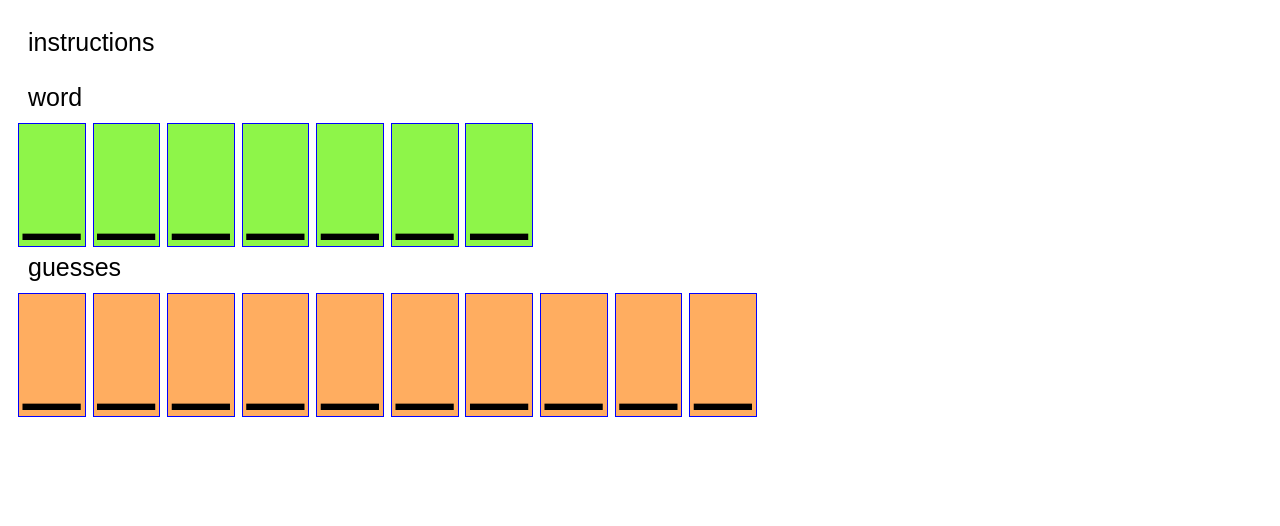
Repository: dsaftler/JavaScript
Page: index.html
These files come from the project's save history. The page is drawn as it stood at one moment and after the next save; the edit follows.
The browser window is 1280 px wide. The pictures show the whole page.

Above is the page before, as saved 2019-03-28 17:02:02.

After the next save:
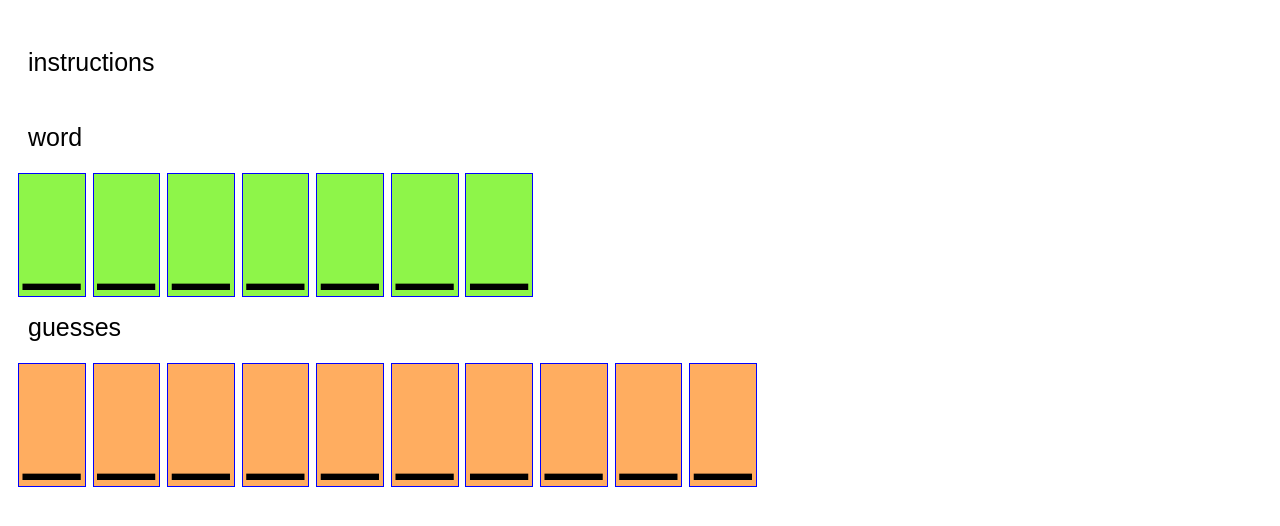
Saved 35 s later.
--- a/assets/css/style.css
+++ b/assets/css/style.css
@@ -1,6 +1,6 @@
 body {font-family: 'Ubuntu', sans-serif;}
 .showtext {height:35px;
-padding: 10px 10px;
+padding: 20px 10px;
 font-size: 25px;}
 .letter {font-size: 100px;
   display: inline;
